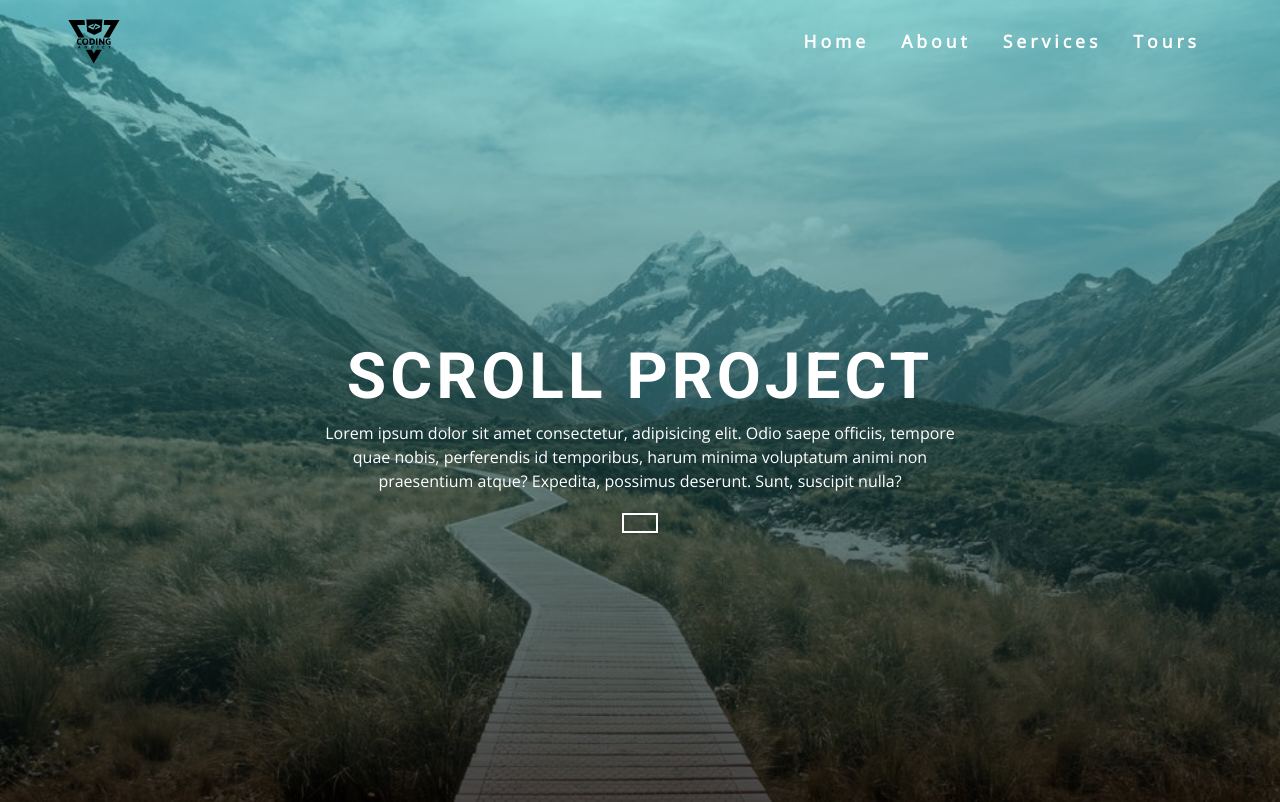
Repository: spidero7/Scroll
Page: index.html
These files come from the project's save history. The page is drawn as it stood at one moment and after the next save; the edit follows.
The browser window is 1280 px wide. The pictures show the whole page.
Some web libraries are served in a nearby version.

Above is the page before, as saved 2021-10-07 06:59:57.

After the next save:
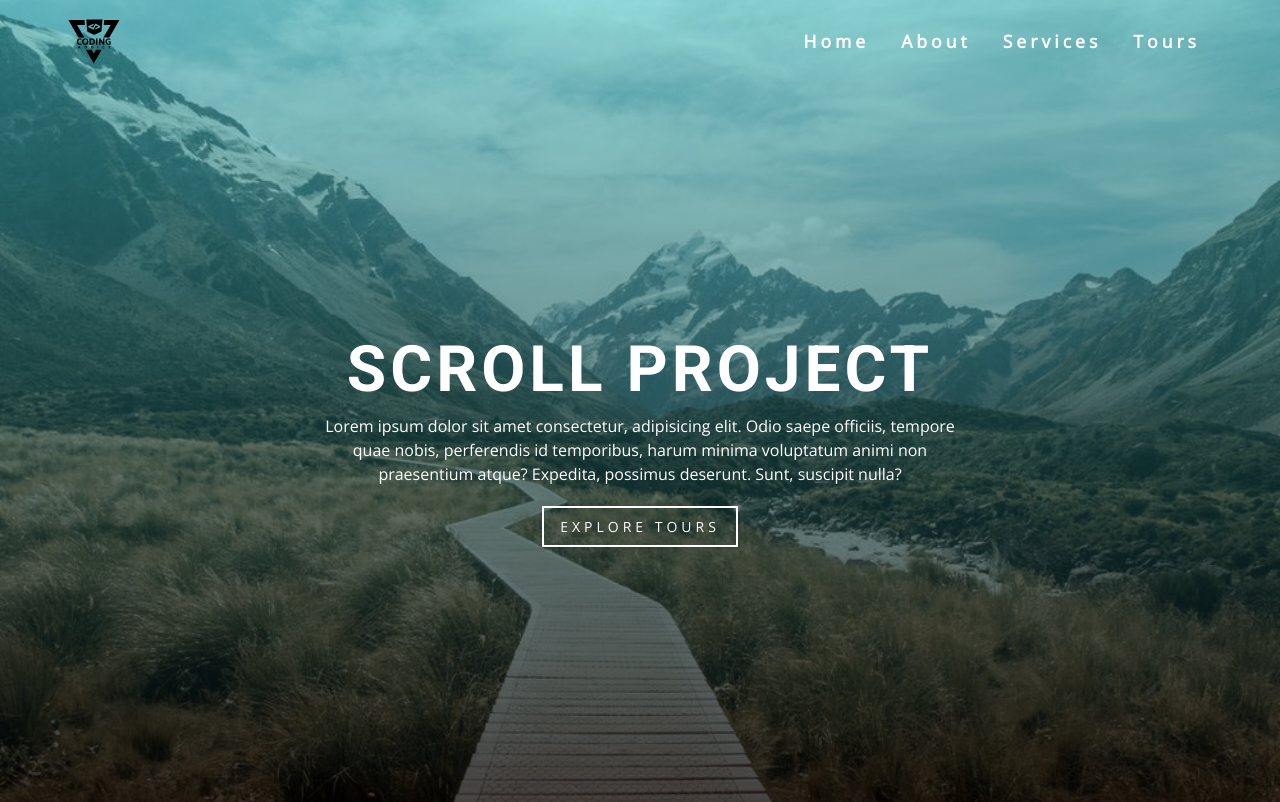
Saved 80 s later.
--- a/index.html
+++ b/index.html
@@ -50,7 +50,7 @@
                     praesentium atque? Expedita, possimus deserunt. Sunt, suscipit nulla?
                 </p>
                 <a href="#tours" class="scroll-link btn btn-white">
-
+                    explore tours
                 </a>
             </div>
         </div>
